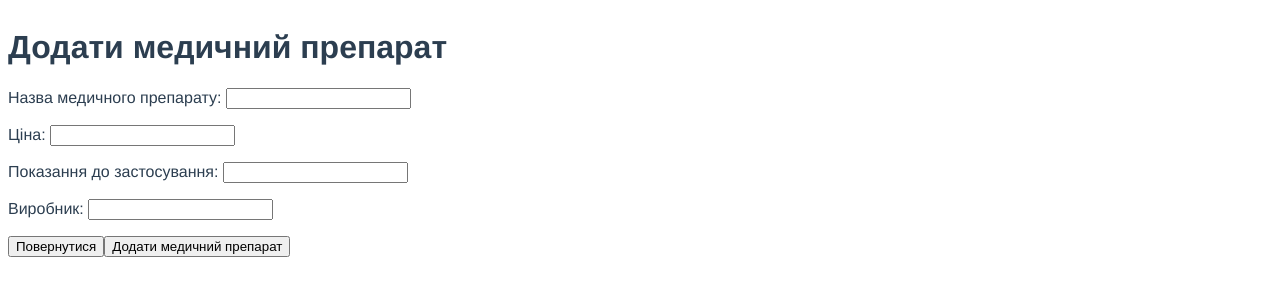
Repository: kristinap8/pharmacy
Page: /add_medicine
An editor plug-in stored every save of this project. The page is shown before and after the next save, followed by the edit.
The browser window is 1280 px wide. The pictures show the whole page.
The project was rebuilt for these pictures with package versions that can differ from the ones it lists, and the page was loaded fresh each time. Also part of the build but not shown: src/components/EditMedicineForm/index.vue, src/pages/EditMedicine/index.vue, src/components/MedicinesList/MedicineCard/index.vue, src/components/MedicinesList/index.vue, src/pages/AllMedicines/index.vue, src/components/CartForm/index.vue, src/pages/Cart/index.vue.

Above is the page before, as saved 2020-12-09 23:22:02.

### src/main.js
import Vue from 'vue'
import App from './App.vue'
import router from "./router"
import store from "./store"

Vue.config.productionTip = false

new Vue({
  store,
  router,
  render: h => h(App),
}).$mount('#app')

### src/App.vue
<template>
  <div id="app">
    <router-view/>
  </div>
</template>

<script>
export default {
  name: "App",
  components: {},
};
</script>

<style>
#app {
  font-family: Avenir, Helvetica, Arial, sans-serif;
  -webkit-font-smoothing: antialiased;
  -moz-osx-font-smoothing: grayscale;
  color: #2c3e50;
}
</style>

### src/router.js
import Vue from "vue";
import VueRouter from "vue-router";
import AddMedicine from "@/pages/AddMedicine";
import EditMedicine from "@/pages/EditMedicine";
import AllMedicines from "@/pages/AllMedicines";
import Cart from "@/pages/Cart";

Vue.use(VueRouter);

const routes=[
    {
        path:'/',
        name:'all-medicines',
        component:AllMedicines
    },
    {
        path:'/edit_medicine/:medicine_id',
        name:'edit-medicine',
        component:EditMedicine
    },
    {
        path:'/add_medicine',
        name:'add-medicine',
        component:AddMedicine
    },
    {
        path:'/cart',
        name:'cart',
        component:Cart
    },

]

const router=new VueRouter({
    mode:"history",
    routes
});

export default router;

### src/store/index.js
import Vue from "vue";
import Vuex from "vuex";
import { v4 as uuid_v4 } from 'uuid'

Vue.use(Vuex)
const store=new Vuex.Store({
    state:{
      medicinesList:[
          {
              id:1,
              name:'Но-шпа',
              price:60.48,
              requirements:"Спазми гладкої мускулатури, пов'язані з захворюваннями біліарного тракту: холецистолітіаз, холангіолітіаз, холецистит, перихолецистит, холангіт, папіліт. Спазми гладкої мускулатури при захворюваннях сечового тракту: нефролітіаз, уретролітіаз, пієліт, цистит, тенезми сечового міхура.",
              maker:"Chinoin (Угорщина)"

          },
          {
            id:2,
            name:"Діазолін",
            price:19.19,
            requirements:"Профілактика і лікування сезонного та алергічного риніту, полінозу, кропив'янки, харчової та медикаментозної алергії, дерматозів, що супроводжуються свербежем шкіри (екзема, нейродерміт).",
            maker:"Фармак ОАО (Україна, Київ)"

        },
        {
            id:3,
            name:"Амоксил",
            price:81.77,
            requirements:"Інфекції органів дихання, сечостатевої системи, травного тракту (у тому числі у комбінації з метронідазолом або кларитроміцином застосовують для лікування захворювань, асоційованих із Helicobacter pylori), шкіри та м’яких тканин, спричинені чутливими до лікарського засобу мікроорганізмами.",
            maker:"Киевмедпрепарат ОАО (Україна, Київ)"

        }
      ],
      cart:[],
      cartItemsCount:0
    },
    mutations:{
        addMedicine(state, data) {
            state.medicinesList.push({
             id: uuid_v4(),
             ...data,
           })
         },
         deleteMedicine(state,id){
             let medicines=state.medicinesList.filter(medicine=>medicine.id!=id)
             state.medicinesList=medicines;
         },
         editMedicine(state,medicine){
             state.medicinesList.forEach(m=>{
                 if(m.id==medicine.id){
                     m=medicine;
                 }
             } )
         },
         addToCart(state,medicine){
            let isMedicineExists=state.cart.find(m => m.id == medicine.id);

            if (isMedicineExists) {
                isMedicineExists.quantity ++;
                isMedicineExists.totalPrice = (isMedicineExists.quantity * isMedicineExists.price).toFixed(2);
            } else {
                state.cart.push(medicine);

                Vue.set(medicine, 'quantity', 1);
                Vue.set(medicine, 'totalPrice', medicine.price);
            }
             state.cartItemsCount++
         },
         deleteItemFromCart(state,medicine){
            let index = state.cart.indexOf(medicine);
            if (index > -1) {
                let item= state.cart[index];
                state.cartItemsCount -= item.quantity;
                state.cart.splice(index, 1);
            }
         }
    },
    actions:{
        addMedicine({ commit }, medicine) {
            commit('addMedicine', medicine)
         },
          deleteMedicine({commit},id){
              commit('deleteMedicine',id)
          },
          editMedicine({commit},medicine){
              commit('editMedicine',medicine)
          },
          addToCart({commit},medicine){
              commit('addToCart',medicine)
          },
          deleteItemFromCart({commit},medicine){
              commit("deleteItemFromCart",medicine)
          }

    },
    getters:{
        getMedicines:(state)=> state.medicinesList,
        getMedicineById:(state)=>(id)=>{return state.medicinesList.find(m=>m.id===id)},
        getMedicinesInCart:(state)=>state.cart,
     },
    modules:{

    }
})

export default store

### src/pages/AddMedicine/index.vue
<template>
    <div>
       <add-medicine-form/>
    </div>
</template>

<script>
import AddMedicineForm from "../../components/AddMedicineForm"
    export default {
        name:"AddMedicine",
        components: {
            AddMedicineForm,
        },
    }
</script>

<style lang="scss" scoped>

</style>

### src/components/AddMedicineForm/index.vue
<template>
    <div class="form">
        <h1>Додати медичний препарат</h1>
      <p>
    <label class="form">
        Назва медичного препарату:
        <input type="text" v-model="name"/>
    </label>
    </p>
    <p>
    <label>
        Ціна:
        <input type="number" v-model="price"/>
    </label>
    </p>
    <p>
    <label>
        Показання до застосування:
        <input type="text" v-model="requirements"/>
    </label>
    </p>
    <p>
    <label>
        Виробник:
        <input type="text" v-model="maker"/>
    </label>
    </p>
    <p>
    <router-link to="/" tag="button" >Повернутися</router-link>
    <button @click="onAddMedicine" >
        Додати медичний препарат
    </button>
    </p>
    </div>
</template>

<script>
import { mapActions } from 'vuex'

    export default {
        name:"AddMedicineForm",
        data() {
            return {
            name: null,
            price: null,
            requirements: null,
            maker: null,
            }
        },
        methods: {
            ...mapActions(['addMedicine']),
            onAddMedicine() {
                const{name,price,requirements,maker}=this
                this.addMedicine({
                    name,
                    price,
                    requirements,
                    maker
                })
                this.$router.push('/')
            }
        },
    }
</script>

<style lang="scss" scoped>
.form{
    display:inline-table
}
</style>

Loaded but not shown: public/index.html (common file)

After the next save:
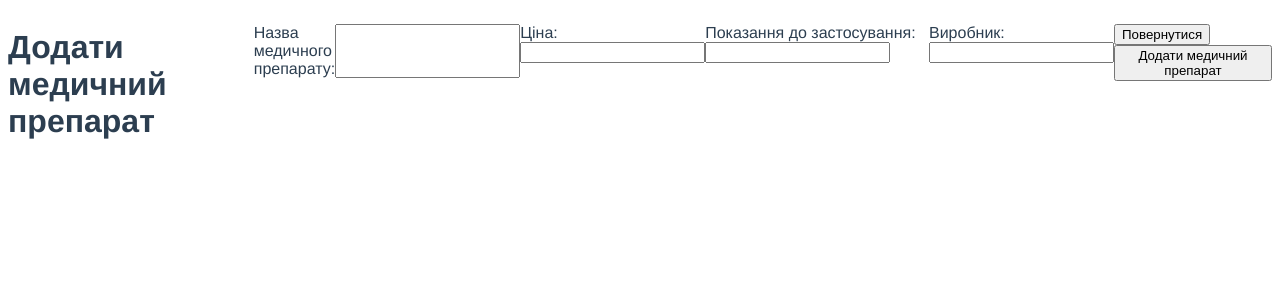
Saved 10 s later.
--- a/src/components/AddMedicineForm/index.vue
+++ b/src/components/AddMedicineForm/index.vue
@@ -65,6 +65,6 @@ import { mapActions } from 'vuex'
 
 <style lang="scss" scoped>
 .form{
-    display:inline-table
+    display:inline-flex
 }
 </style>
